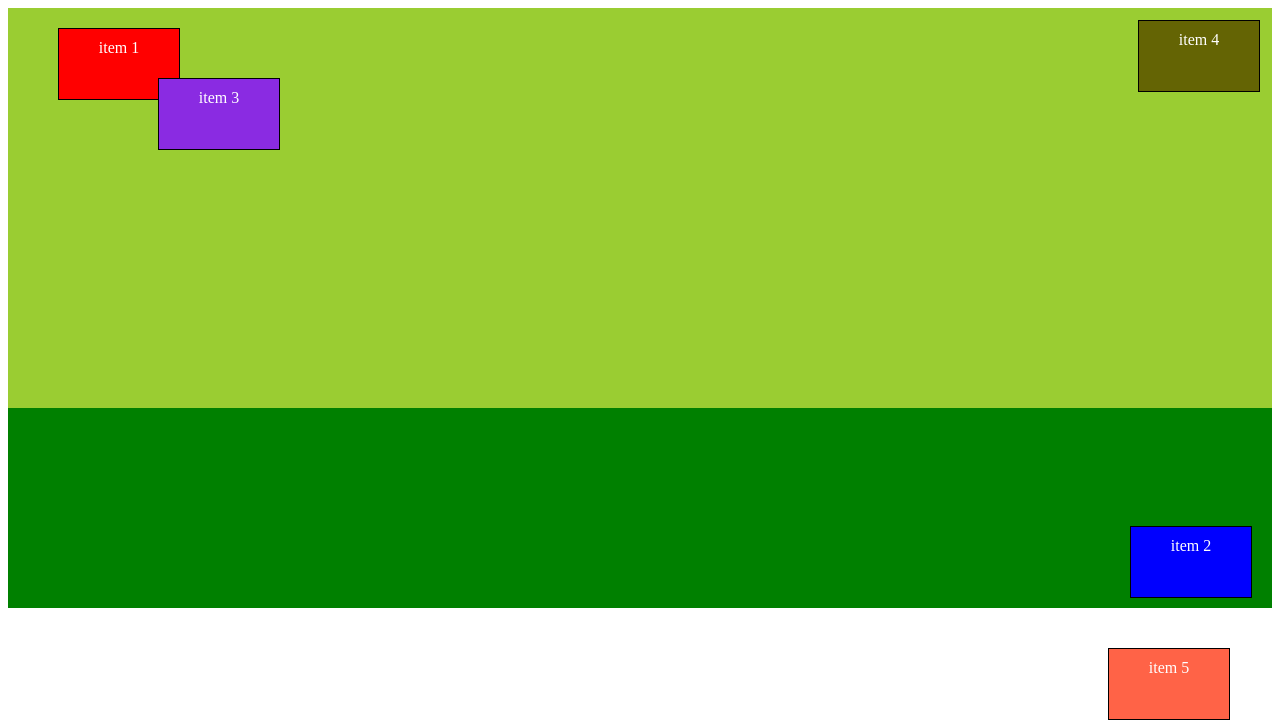
Repository: nmaury/TpsCambodge
Page: InternetProgramming/Css/sample.html
These files come from the project's save history. The page is drawn as it stood at one moment and after the next save; the edit follows.
The browser window is 1280 px wide. The page is 1280 px wide, then 1282 px, so the pictures cover 1282 px, including what lies to the right of the window. The pictures show the whole page.

Above is the page before, as saved 2022-12-06 03:00:51.

### InternetProgramming/Css/sample.html
<!DOCTYPE html>
<html>
<head>
    <link rel="stylesheet" href="sample.css">
</head>
<body>
    <div class = "grand-parent">
    <div class="parent">
        <div class="item item1">item 1
        </div>
        <div class="item item3">item 3
        </div>
        <div class="item item4">item 4
        </div>
    </div>
    <div class="parent2">
        <div class="item item5">item 5
        </div>
        <div class="item item2">item 2
        </div>
    </div>
</div>
</body>
</html>

### InternetProgramming/Css/sample.css
.item{
    background-color: rgb(100,100,4);
    padding : 10px;
    width: 100px;
    height: 50px;
    color: white;
    text-align: center;
    position: absolute;
    border: 1px solid black;
}
.item1{
    background-color: red;
    left: 50px;
    top: 20px;
}
.item2{
    background-color: blue;
    bottom:10px;
    right: 20px;
}
.item3{
    background-color: blueviolet;
    left: 150px;
    top: 70px;
}
.item4{
    position: fixed;
    right: 20px;
    top: 20px;
    z-index: 5;
}
.item5{
    background-color: tomato;
    position: fixed;
    right:50px;
    bottom: 0px;
}
.parent{
    background-color: yellowgreen;
    width: 100%;
    height: 400px;
}
.parent2{
    background-color: green;
    width: 100%;
    height: 200px;
    position: absolute;
}
.grand-parent{
    background-color: rgb(6,43,43);
    position: relative;
}

After the next save:
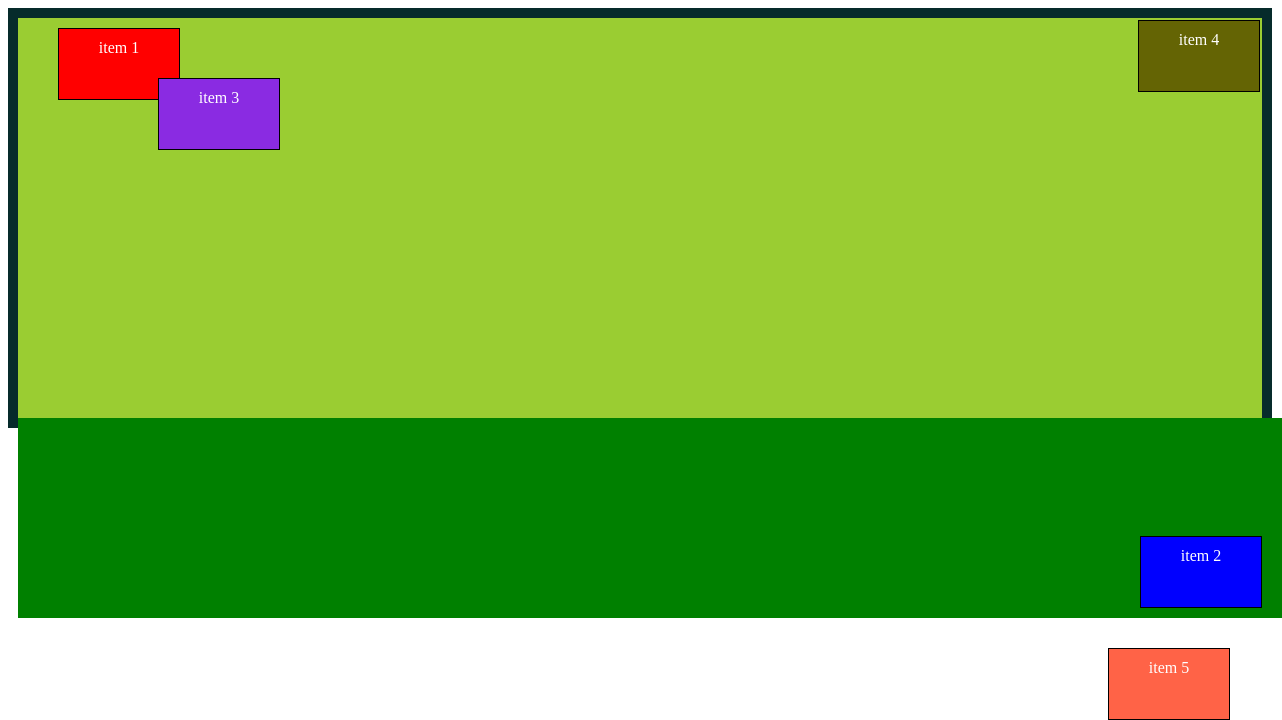
Saved 13 s later.
--- a/InternetProgramming/Css/sample.css
+++ b/InternetProgramming/Css/sample.css
@@ -48,5 +48,6 @@
 }
 .grand-parent{
     background-color: rgb(6,43,43);
+    padding: 10px;
     position: relative;
 }
